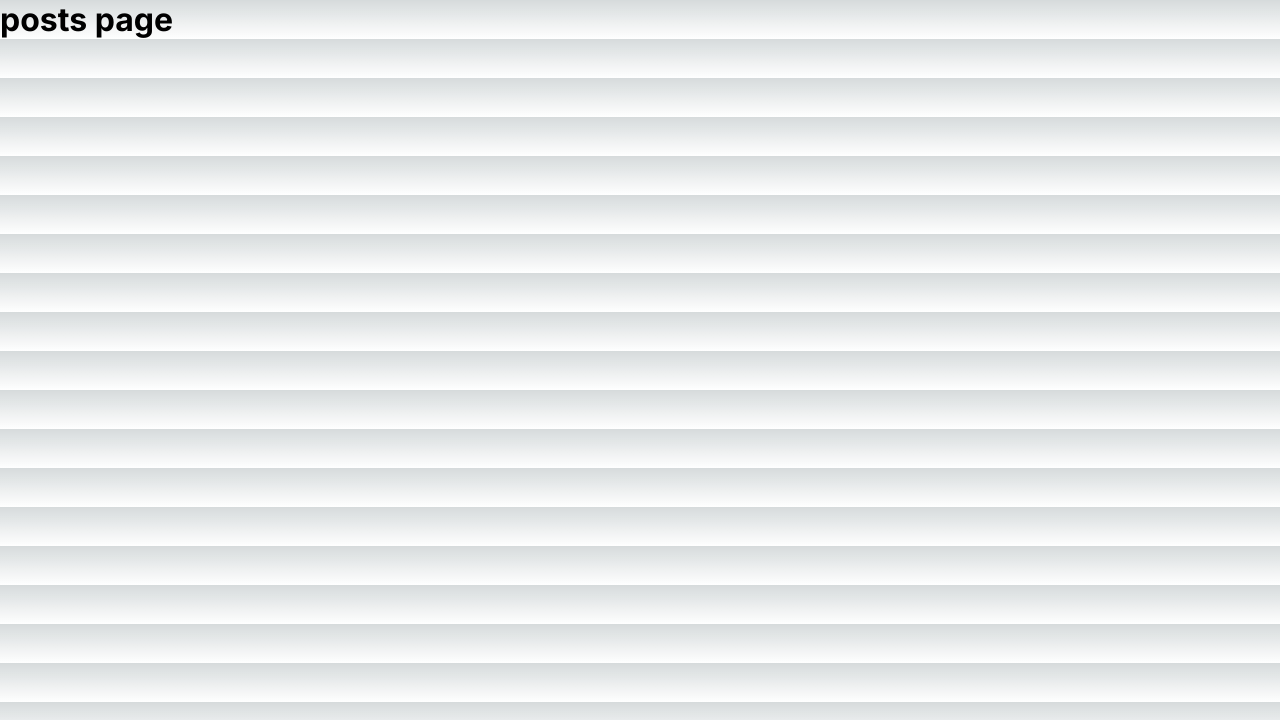
Repository: abdulrahmanmahmood/The-first-Next-js-app
Page: /posts
An editor plug-in stored every save of this project. The page is shown before and after a run of saves, followed by the edit.
The browser window is 1280 px wide. The pictures show the whole page.
The project was rebuilt for these pictures with package versions that can differ from the ones it lists, and the page was loaded fresh each time. The framework's server and built-in components were replaced by stand-ins that run in the browser. Also part of the build but not shown: next.config.js.

Above is the page before, as saved 2023-10-29 23:16:07.

### app/layout.js
import { Inter } from 'next/font/google'
import './globals.css'

const inter = Inter({ subsets: ['latin'] })

export const metadata = {
  title: 'Create Next App',
  description: 'Generated by create next app',
}

export default function RootLayout({ children }) {
  return (
    <html lang="en">
      <body className={inter.className}>
        {children}

        </body>
    </html>
  )
}

### app/posts/page.js

function page() {
  return (
    <div>
      <h1>posts page</h1>
    </div>
  )
}

export default page

Loaded but not shown: app/globals.css (common file)

After the next 4 saves:
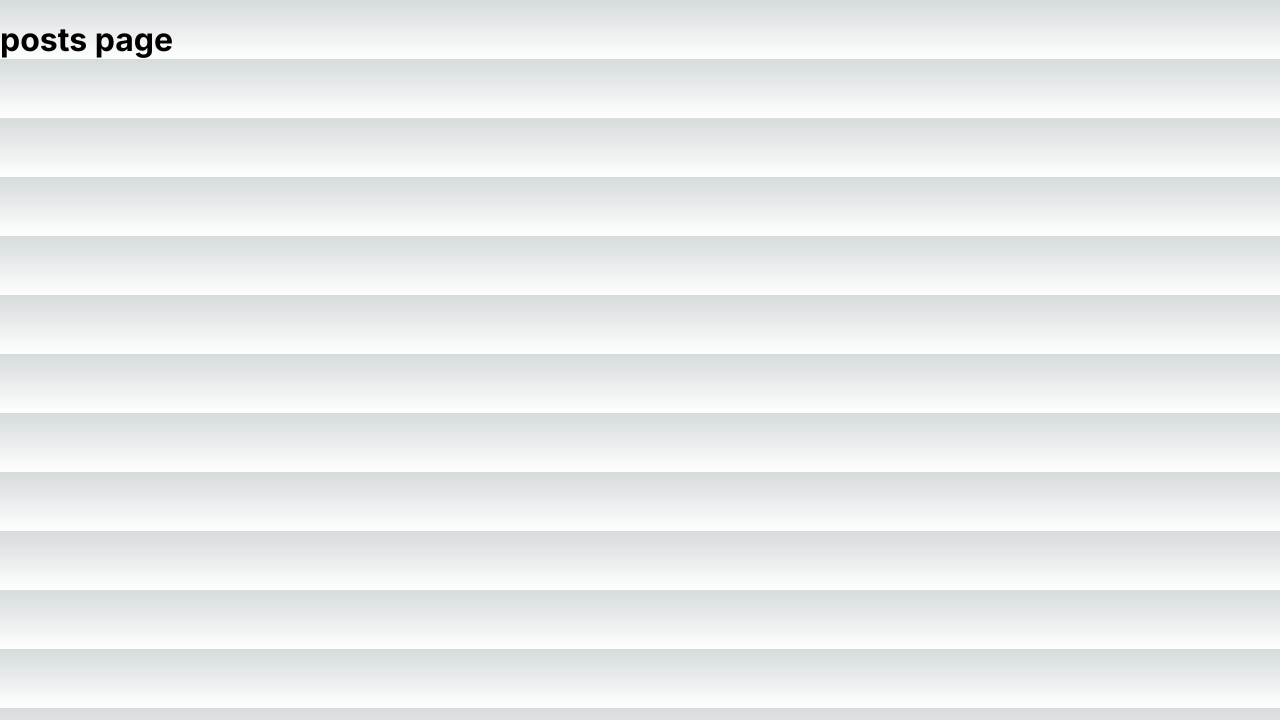
The 4 saves are shown as one change because they came seconds apart.
The last was saved 16 s later.
--- a/app/layout.js
+++ b/app/layout.js
@@ -12,6 +12,11 @@ export default function RootLayout({ children }) {
   return (
     <html lang="en">
       <body className={inter.className}>
+        <nav>
+          <ul>
+            <li></li>
+          </ul>
+        </nav>
         {children}
 
         </body>
